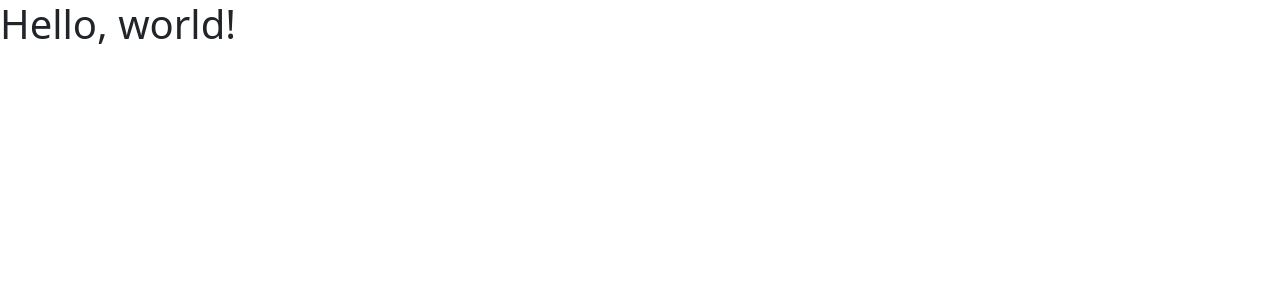
Repository: sikim0629/AwesomePlace
Page: http://localhost/awesomePlace/main.jsp
The author's editor kept a copy of each file at every save. The page is drawn from the files as they stood at one save, then again after the next save.
The browser window is 1280 px wide. The pictures show the whole page.
The page is served by Tomcat 9. Nobody is signed in. The application's start-up code is not run.

Above is the page before, as saved 2021-11-12 09:39:24.

After the next save:
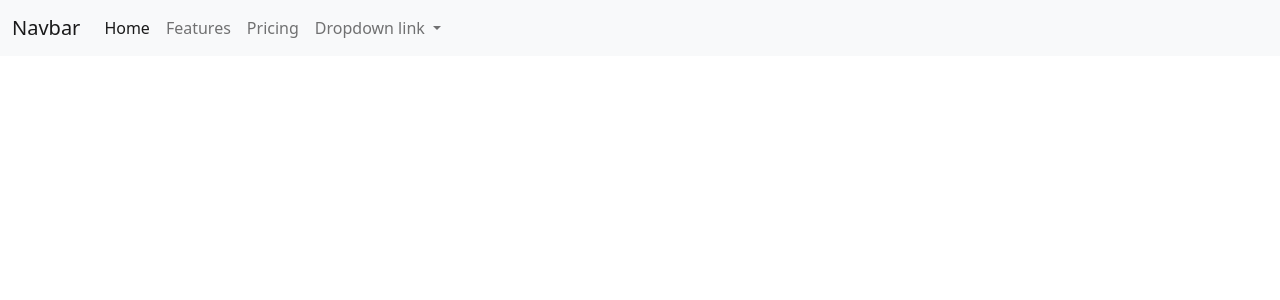
Saved 30 s later.
--- a/awesomePlace/WebContent/header.jsp
+++ b/awesomePlace/WebContent/header.jsp
@@ -13,8 +13,37 @@
     <title>Hello, world!</title>
   </head>
   <body>
-    <h1>Hello, world!</h1>
-
+	<nav class="navbar navbar-expand-lg navbar-light bg-light">
+  <div class="container-fluid">
+    <a class="navbar-brand" href="#">Navbar</a>
+    <button class="navbar-toggler" type="button" data-bs-toggle="collapse" data-bs-target="#navbarNavDropdown" aria-controls="navbarNavDropdown" aria-expanded="false" aria-label="Toggle navigation">
+      <span class="navbar-toggler-icon"></span>
+    </button>
+    <div class="collapse navbar-collapse" id="navbarNavDropdown">
+      <ul class="navbar-nav">
+        <li class="nav-item">
+          <a class="nav-link active" aria-current="page" href="#">Home</a>
+        </li>
+        <li class="nav-item">
+          <a class="nav-link" href="#">Features</a>
+        </li>
+        <li class="nav-item">
+          <a class="nav-link" href="#">Pricing</a>
+        </li>
+        <li class="nav-item dropdown">
+          <a class="nav-link dropdown-toggle" href="#" id="navbarDropdownMenuLink" role="button" data-bs-toggle="dropdown" aria-expanded="false">
+            Dropdown link
+          </a>
+          <ul class="dropdown-menu" aria-labelledby="navbarDropdownMenuLink">
+            <li><a class="dropdown-item" href="#">Action</a></li>
+            <li><a class="dropdown-item" href="#">Another action</a></li>
+            <li><a class="dropdown-item" href="#">Something else here</a></li>
+          </ul>
+        </li>
+      </ul>
+    </div>
+  </div>
+</nav>
 
     <script src="https://cdn.jsdelivr.net/npm/bootstrap@5.1.3/dist/js/bootstrap.bundle.min.js" integrity="sha384-ka7Sk0Gln4gmtz2MlQnikT1wXgYsOg+OMhuP+IlRH9sENBO0LRn5q+8nbTov4+1p" crossorigin="anonymous"></script>
 
